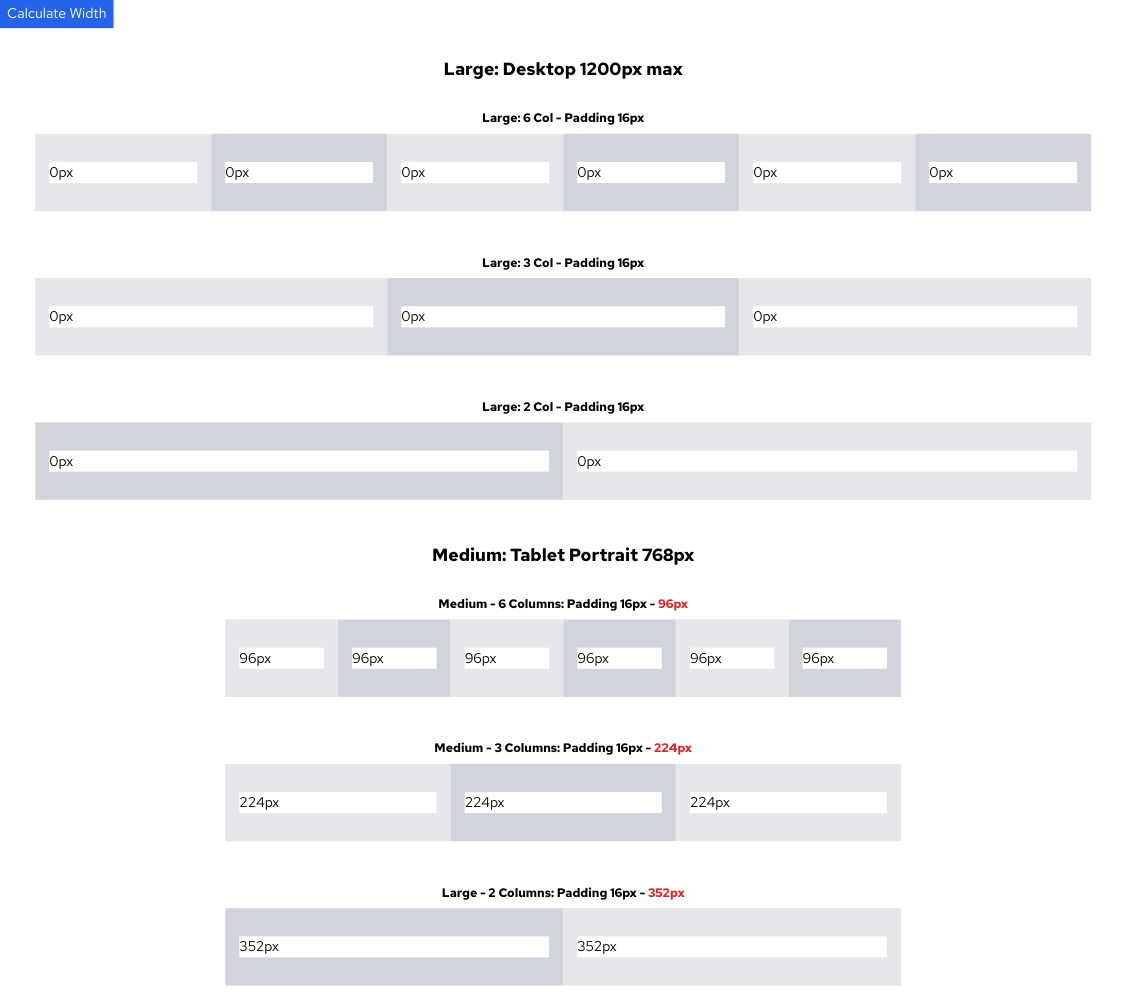
Repository: fabianwurk/vue-tailwind
Page: /
The author's editor kept a copy of each file at every save. The page is drawn from the files as they stood at one save, then again after a run of saves.
The browser window is 1280 px wide. The pictures show the whole page, at 88% of full size.
The project was rebuilt for these pictures with package versions that can differ from the ones it lists, and the page was loaded fresh each time. Also part of the build but not shown: vite.config.js.

Above is the page before, as saved 2021-03-16 22:10:15.

After the next 2 saves:
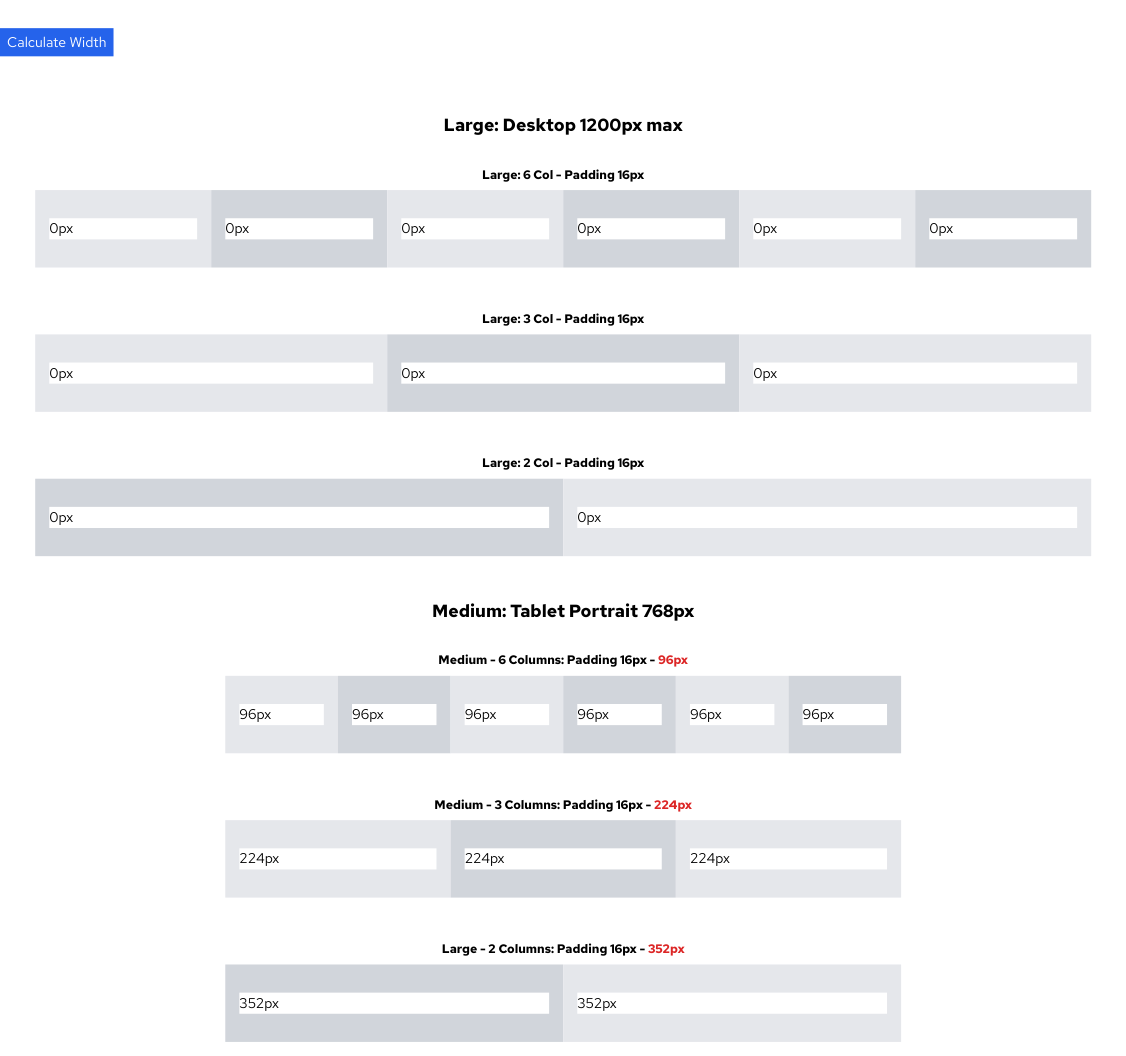
The 2 saves are shown as one change because they came seconds apart.
The last was saved 11 s later.
--- a/src/components/Large.vue
+++ b/src/components/Large.vue
@@ -1,6 +1,6 @@
 <template>
   <div>
-  <button class="bg-blue-600 text-white px-2 py-1" @click="calculateWidth()">Calculate Width</button>
+  <button class="bg-blue-600 text-white px-2 py-1 my-8" @click="calculateWidth()">Calculate Width</button>
   <h1 class="text-xl font-bold mb-2 mt-8 text-center">Large: Desktop 1200px max</h1>
   <div class="container mx-auto">
     <h2 class="text-sm font-bold mb-2 mt-8 text-center">Large: 6 Col - Padding 16px</h2>
